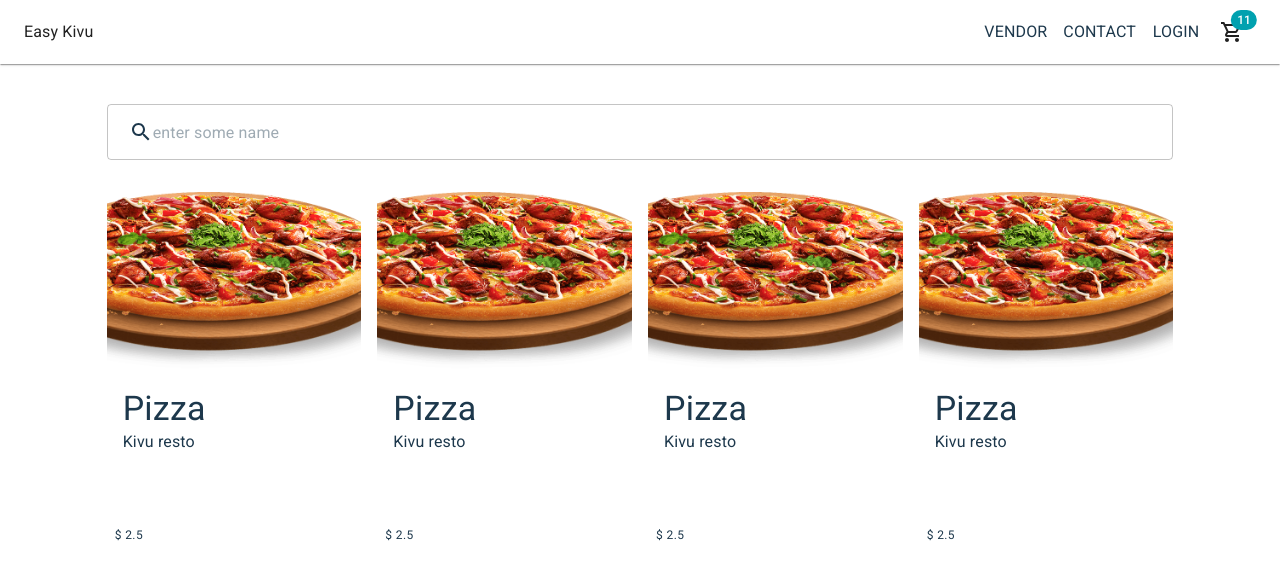
Repository: kilamaelie/jokes-dapp
Page: /
An editor plug-in stored every save of this project. The page is shown before and after the next save, followed by the edit.
The browser window is 1280 px wide. The pictures show the whole page.
The project was rebuilt for these pictures with package versions that can differ from the ones it lists, and the page was loaded fresh each time. Also part of the build but not shown: src/ui/page/dashboard/dashboard.js.

Above is the page before, as saved 2021-06-28 02:04:05.

### src/App.js
import React from 'react'
import {BrowserRouter as Router ,Switch,Route} from 'react-router-dom'
import {ThemeProvider } from "@material-ui/core/styles";
import theme from './App_theme/theme'
import CssBaseline from '@material-ui/core/CssBaseline'
import Main from './ui/page/website/main'
import Dashboards from  './ui/page/dashboard/dashboard'
import AppBars from './ui/widget/appbar'



const App =()=>{


  return (
    <ThemeProvider theme={theme}>
      <CssBaseline>
          <Router>
            <AppBars/>
            <Switch>
              <Route path='/dashboard' component={Dashboards}/>
              <Route path= '/' component={Main}/>
            </Switch>
          </Router>
      </CssBaseline>
    </ThemeProvider>
  )
}

export default App

### src/App_theme/theme.js
import {createMuiTheme} from '@material-ui/core/styles'


const theme =createMuiTheme({
    palette:{
        primary:{
          main: '#FFF'
        },
        secondary:{
          main: '#00A1AF'
        },
        background:{
          default:'#FFF'
        },
        text:{
          primary:'#1D384C'
        }

      }
})

export default theme

### src/ui/page/website/main.js
import React from 'react'
import {Switch,Route} from 'react-router-dom'
import Home from './screen/home'



const Main =()=>{
    return (
            <Switch>

                <Route exact path= '/' component={Home}/>
            </Switch>
        )
}

export default Main

### src/ui/widget/appbar.js
import React,{useState} from 'react'
import {Grid,AppBar,Toolbar,IconButton,Typography,Button,Dialog,DialogContent,DialogContentText,MenuItem,Menu,Badge} from '@material-ui/core';
import RestaurantMenuIcon from '@material-ui/icons/RestaurantMenu';
import AccountCircle from '@material-ui/icons/AccountCircle';
import NotificationsIcon from '@material-ui/icons/Notifications';
import MoreIcon from '@material-ui/icons/MoreVert';
import { useTheme} from '@material-ui/core/styles'
import useMediaQuery from '@material-ui/core/useMediaQuery';
import useStyles from '../style'
import {Link} from 'react-router-dom'
import ShoppingCartOutlinedIcon from '@material-ui/icons/ShoppingCartOutlined';




const AppBars =()=>{

  const classes = useStyles();
  const [open, setOpen] = useState(false);
  const theme = useTheme();
  const fullScreen = useMediaQuery(theme.breakpoints.down('sm'));

  const handleClickOpen = () => {
    setOpen(true);
  };
  const handleClose = () => {
    setOpen(false);
  };
  // for the app bar

  const [anchorEl, setAnchorEl] = React.useState(null);
  const [mobileMoreAnchorEl, setMobileMoreAnchorEl] = React.useState(null);

  const isMenuOpen = Boolean(anchorEl);
  const isMobileMenuOpen = Boolean(mobileMoreAnchorEl);

  const handleProfileMenuOpen = (event) => {
    setAnchorEl(event.currentTarget);
  };
  const handleMenuClose = () => {
    setAnchorEl(null);
    handleMobileMenuClose();
  };
  const handleMobileMenuClose = () => {
    setMobileMoreAnchorEl(null);
  };
  const handleMobileMenuOpen = (event) => {
    setMobileMoreAnchorEl(event.currentTarget);
  };
  const handleLogoutAndMenuClose = () =>{
    const logout = localStorage.removeItem('token')
    localStorage.removeItem('id')
    localStorage.removeItem('user')
    setAnchorEl(null);
    handleMobileMenuClose();
    window.location.reload();
    return logout
  }

  const menuId = 'primary-search-account-menu';
  const renderMenu = (
    <Menu
      anchorEl={anchorEl}
      anchorOrigin={{ vertical: 'top', horizontal: 'right' }}
      id={menuId}
      keepMounted
      transformOrigin={{ vertical: 'top', horizontal: 'right' }}
      open={isMenuOpen}
      onClose={handleMenuClose}
    >
      <MenuItem onClick={handleMenuClose}>Profile</MenuItem>
      <MenuItem onClick={handleLogoutAndMenuClose}>Logout</MenuItem>
    </Menu>
  );

  const mobileMenuId = 'primary-search-account-menu-mobile';
  const renderMobileMenu = (
    <Menu
      anchorEl={mobileMoreAnchorEl}
      anchorOrigin={{ vertical: 'top', horizontal: 'right' }}
      id={mobileMenuId}
      keepMounted
      transformOrigin={{ vertical: 'top', horizontal: 'right' }}
      open={isMobileMenuOpen}
      onClose={handleMobileMenuClose}
    >
          <MenuItem>
          <Typography className={classes.typoAppbar}>VENDOR</Typography>
          </MenuItem>
          <MenuItem>
           <Typography className={classes.typoAppbar}>Contact</Typography>
          </MenuItem>
          {/* {
            token!=null? <div>
               <MenuItem>
        <IconButton aria-label="show 11 new notifications" color="inherit">
          <Badge badgeContent={11} color="secondary">
            <NotificationsIcon />
          </Badge>
        </IconButton>
        <p>Notifications</p>
      </MenuItem>
      <MenuItem onClick={handleProfileMenuOpen}>
        <IconButton
          aria-label="account of current user"
          aria-controls="primary-search-account-menu"
          aria-haspopup="true"
          color="inherit"
        >
          <AccountCircle />
        </IconButton>
        <p>Profile</p>
      </MenuItem>
            </div>

            :  */}
             <div>
              <MenuItem>
            <Button onClick={handleClickOpen}><Typography className={classes.typoAppbar}>Login</Typography></Button>
                    <Dialog
                        // fullScreen={fullScreen}
                        open={open}
                        onClose={handleClose}
                        aria-labelledby="responsive-dialog-title"
                          >
                            <DialogContent>
                              <DialogContentText>
                                  {/* <Login/> */}
                              </DialogContentText>
                            </DialogContent>
                    </Dialog>
          </MenuItem>
            </div>
          {/* } */}


    </Menu>
  );
  return (
      <Grid container direction='row'>
          {/* <Grid item xs={1} sm={1}></Grid> */}
          <Grid item xs={12} sm={12}>
          <AppBar position="fixe" elevation={1}  >
        <Toolbar>
          {/* <IconButton
            component={Link}
            to='/'
            edge="start"
            className={classes.menuButton}
            color="inherit"
            aria-label="open drawer"
          >
            <RestaurantMenuIcon className={classes.icon} />
          </IconButton> */}
          <Typography className={classes.title}  noWrap>
            Easy Kivu
          </Typography>

          <div className={classes.grow} />
          <div className={classes.sectionDesktop}>
             <Button ><Typography className={classes.typoAppbar}>VENDOR</Typography></Button>
            <Button><Typography className={classes.typoAppbar}>CONTACT</Typography></Button>
            {/* {token!=null?
            <div>
            <IconButton aria-label="show 17 new notifications" color="inherit">
              <Badge badgeContent={17} color="secondary">
                <NotificationsIcon  color="secondary"/>
              </Badge>
            </IconButton>
            <IconButton
              edge="end"
              aria-label="account of current user"
              aria-controls={menuId}
              aria-haspopup="true"
              onClick={handleProfileMenuOpen}
              color="inherit"
            >
              <AccountCircle color="secondary" />
            </IconButton>
            </div>
            : */}
            <div>
               <Button onClick={handleClickOpen}><Typography className={classes.typoAppbar}>LOGIN</Typography></Button>
                <Dialog
                    // fullScreen={fullScreen}
                    open={open}
                    onClose={handleClose}
                    aria-labelledby="responsive-dialog-title"
                      >
                        <DialogContent>
                          <DialogContentText>
                          {/* <Login/> */}
                          </DialogContentText>
                        </DialogContent>

                    </Dialog>
            </div>

            {/* } */}

          </div>
          <IconButton aria-label="show 11 new notifications" color="inherit">
          <Badge badgeContent={11} color="secondary">
            <ShoppingCartOutlinedIcon />
          </Badge>
        </IconButton>
          <div className={classes.sectionMobile}>
            <IconButton
              aria-label="show more"
              aria-controls={mobileMenuId}
              aria-haspopup="true"
              onClick={handleMobileMenuOpen}
              color="inherit"
            >
              <MoreIcon className={classes.icon} />
            </IconButton>
          </div>
        </Toolbar>
      </AppBar>
      {renderMobileMenu}
      {renderMenu}
          </Grid>
          {/* <Grid item xs={1} sm={1}></Grid> */}
      </Grid>
  )

}
export default AppBars

### src/ui/page/website/screen/home.js
import React from 'react'
import useStyles from '../../../style'
import {Grid,TextField,InputAdornment} from '@material-ui/core'
import SearchIcon from '@material-ui/icons/Search';
import CardItem from '../screen/widget/card'


const Home = () =>{
    const classes =useStyles()

    return (
        <Grid container direction='row' className={classes.margin_40} >
            <Grid item xs={1} sm={1}></Grid>
            <Grid item xs={10} sm={10}  >
               <Grid container spacing={4}  >
                   <Grid item xs={12} sm={12}>
                       <TextField
                        variant='outlined'
                        fullWidth
                        onFocus
                        placeholder="enter some name"
                        InputProps={{
                            startAdornment: (
                              <InputAdornment position="end">
                                <SearchIcon />
                              </InputAdornment>
                            ),
                          }}
                       />
                   </Grid>
                   <Grid item xs={12} sm={12}>
                       <Grid container spacing ={2}>
                           <Grid item xs={12} sm={3}>
                           <CardItem/>
                           </Grid>
                           <Grid item xs={12} sm={3}>
                           <CardItem/>
                           </Grid>
                           <Grid item xs={12} sm={3}>
                           <CardItem/>
                           </Grid>
                           <Grid item xs={12} sm={3}>
                           <CardItem/>
                           </Grid>
                       </Grid>
                   </Grid>
               </Grid>
            </Grid>
            <Grid item xs={1} sm={1}></Grid>
        </Grid>
    )
}

export default Home

### src/ui/style.js
import {makeStyles} from '@material-ui/core/styles'

export default makeStyles((theme)=>({

    app:{
        background:'white',
        //marginTop:10,
        // marginbo

    },
    title:{
        color:theme.palette.primary.secondary,
        fontWeight:400,

    },
    grow: {
        flexGrow: 1,
      },
      menuButton: {
        marginRight: theme.spacing(4),
      },
      title: {
        display: '',
        color:theme.palette.primary.secondary,
        fontWeight: 400 ,
        [theme.breakpoints.up('sm')]: {
          display: 'block',
          fontWeight: 400
        },
      },

      sectionDesktop: {
        display: 'none',
        [theme.breakpoints.up('md')]: {
          display: 'flex',
        },
      },
      sectionMobile: {
        display: 'flex',
        [theme.breakpoints.up('md')]: {
          display: 'none',
        },
      },
    icon:{
        color:theme.palette.primary.secondary,
    },
    typoAppbar:{
      color:theme.palette.primary.secondary,
      fontSize: 15,
      fontWeight:400
    },
    homeAppbar:{
      marginTop:40,
      backgroundColor:theme.palette.primary.secondary,
      height:80,
      borderRadius:"10px"
    },
    margin_40:{
      marginTop: 40,
      marginBottom:40
    }

}))

### src/ui/page/website/screen/widget/card.js
import React from 'react'
import {Grid,TextField,Typography} from '@material-ui/core'
import Card from '@material-ui/core/Card';
import CardActionArea from '@material-ui/core/CardActionArea';
import CardActions from '@material-ui/core/CardActions';
import CardContent from '@material-ui/core/CardContent';
import CardMedia from '@material-ui/core/CardMedia';
import Button from '@material-ui/core/Button';
import Pizza from '../../../../../assets/pizza.png'


const CardItem =()=>{
    return (
        <Card elevation={0} >
        {/* <CardActionArea> */}
          <CardMedia
            style={{height:180}}
            image={Pizza}
            // title={imagetitle}
          />
          <CardContent>
            <Typography variant="caption" variant='h4' component="h2" >
              Pizza
            </Typography>
            <Typography gutterBottom  component="h2" >
              Kivu resto
            </Typography>
            <Typography variant="body2" color="textSecondary" style={{height:40}}>

            </Typography>
          </CardContent>
        {/* </CardActionArea> */}
        <CardActions>
          <Grid container>
            <Grid item sm={6} md={6} xs={6} justify="center">
              <Typography variant="caption">
                $ 2.5
              </Typography>
            </Grid>
            <Grid item md={6} xs={6}>
              <Grid container direction="column" justify="center" alignItems="flex-end">
              <Button size="small" color="secondary" >

              </Button>
              </Grid>
            </Grid>
          </Grid>
        </CardActions>
      </Card>
    )
}


export default CardItem;

Loaded but not shown: public/index.html (common file); src/index.js (common file); src/index.css (common file); src/reportWebVitals.js (common file)

After the next save:
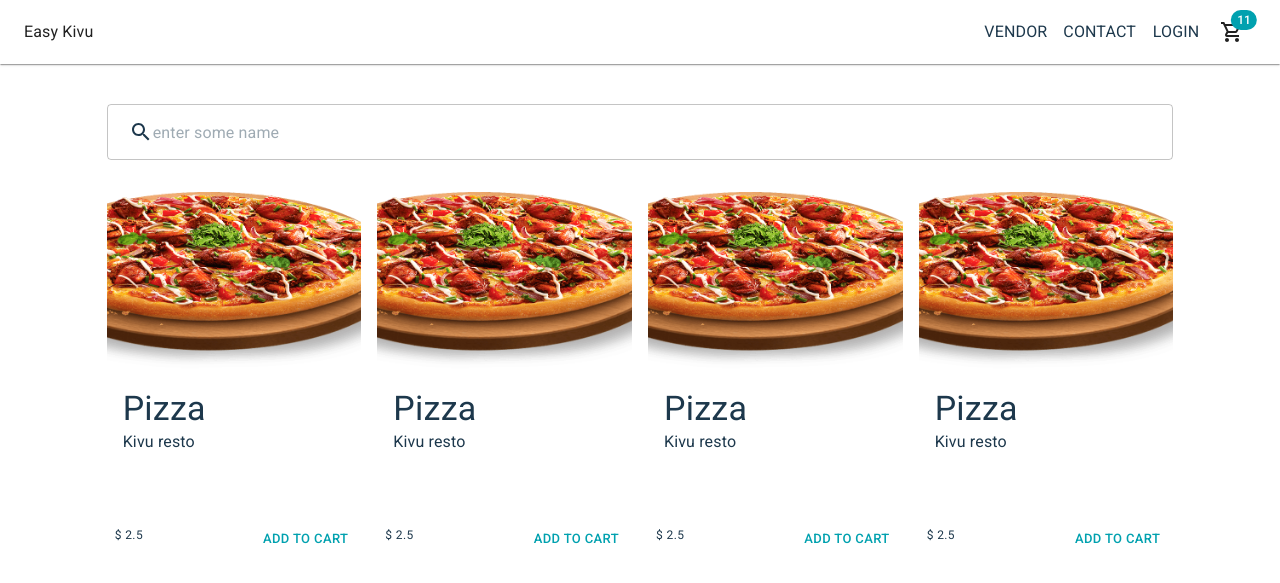
Saved 23 s later.
--- a/src/ui/page/website/screen/widget/card.js
+++ b/src/ui/page/website/screen/widget/card.js
@@ -40,7 +40,7 @@ const CardItem =()=>{
             <Grid item md={6} xs={6}>
               <Grid container direction="column" justify="center" alignItems="flex-end">
               <Button size="small" color="secondary" >
-
+                Add to cart
               </Button>
               </Grid>
             </Grid>
